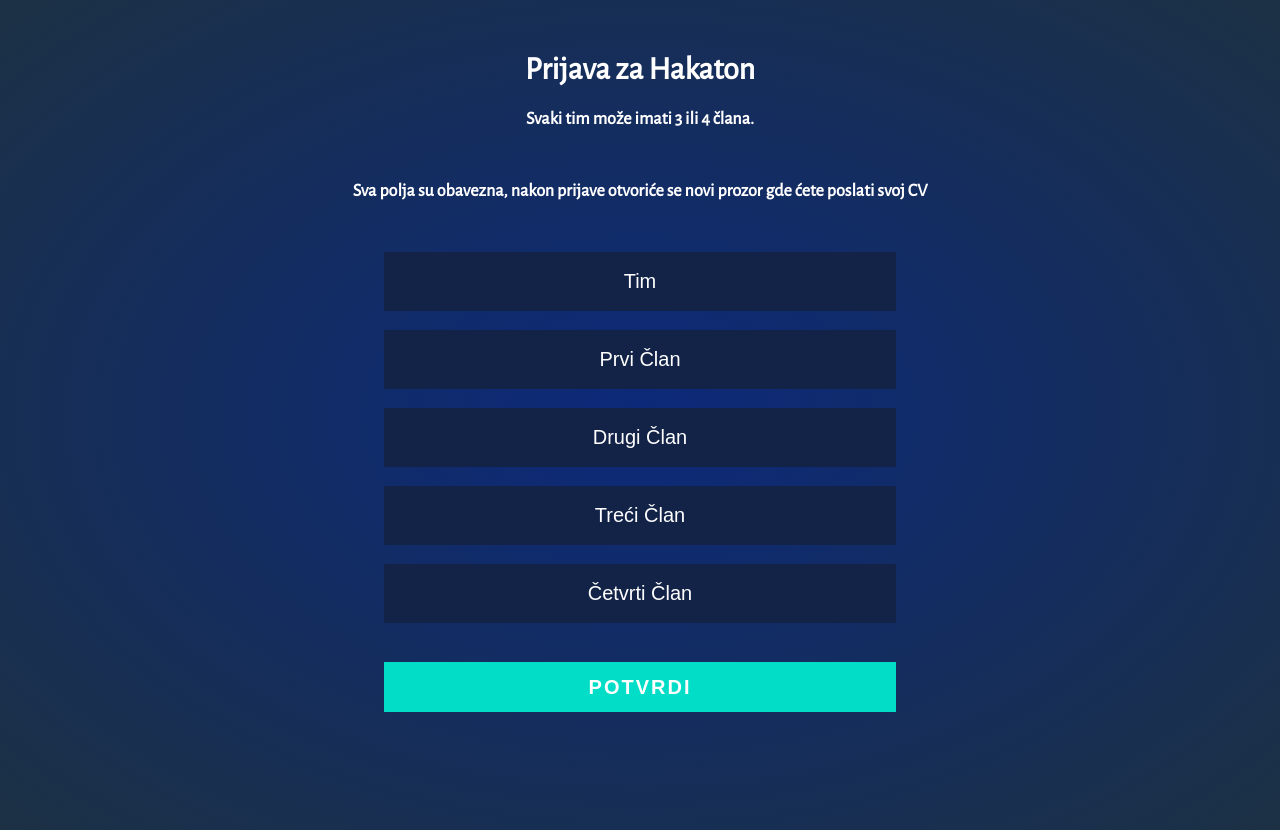
Repository: MilenaPetrovic/fonhakaton2019
Page: prijava/PrijaveHakaton.html
These files come from the project's save history. The page is drawn as it stood at one moment and after the next save; the edit follows.
The browser window is 1280 px wide. The pictures show the whole page.
Some web libraries are served in a nearby version.

Above is the page before, as saved 2019-02-19 17:09:06.

### prijava/PrijaveHakaton.html
<!DOCTYPE html>
<html lang="en">
<head>
    <meta charset="UTF-8">
    <meta name="viewport" content="width=device-width, initial-scale=1.0">
    <meta http-equiv="X-UA-Compatible" content="ie=edge">
    <link rel="stylesheet" href="Prijave.css">
    <link href="https://fonts.googleapis.com/css?family=Alegreya+Sans" rel="stylesheet">
    <title>Prijava</title>
</head>
<body>

<h1>Prijava za Hakaton</h1>
<h3>Svaki tim može imati 3 ili 4 člana.</h3>
<h3>Sva polja su obavezna, nakon prijave otvoriće se novi prozor gde ćete poslati svoj CV</h3>

<form name="submit-to-google-sheet">
    <button type="button" class="collapsible">Tim</button>
    <div class="content">
        <div class="forma">
            <h2>Naziv tima:</h2>
            <input id="tim" name="naziv-tima" type="text" class="form-control" >
            <h2>Kako ste saznali za FON Hakaton?</h2>
            <textarea id="saznali" name="kako-ste-saznali" class="form-control" rows="3"></textarea>
            <h2>Da li ste učestvovali na sličnim takmičenjima? Ukoliko jeste, navedite na kojim i ukratko opišite iskustvo.</h2>
            <textarea id="iskustvo" name="iskustvo" class="form-control" rows="3"></textarea>
            <h2>Zašto ste se prijavili za FON Hakaton?</h2>
            <textarea id="motivacija" name="zasto-ste-se-prijavili" class="form-control" rows="4" ></textarea>
            <h2>Navedite ključnu prednost i manu tima:</h2>
            <textarea id="prednostimane" name="prednost-mana" class="form-control" rows="3" ></textarea>
        </div>
    </div><br><br>

    <button type="button" class="collapsible">Prvi Član</button>
    <div class="content">
        <div class="forma">
            <h2>Ime i prezime</h2>
            <input id="name" name="ime-prezime1" type="text" class="form-control" >
            <h2>E-mail</h2>
            <input id="email1" name="email1" type="text" class="form-control" >
            <h2>Telefon</h2>
            <input name="telefon1" type="tel" class="form-control" >
            <h2>Fakultet/Srednja škola</h2>
            <input name="faks/skola1" type="text" class="form-control" >
            <h2>Godina studija/razred</h2>
            <input name="godina1" type="number" class="form-control" >
        </div>
    </div><br><br>

    <button type="button" class="collapsible">Drugi Član</button>
    <div class="content">
        <div class="forma">
            <h2>Ime i prezime</h2>
            <input name="ime-prezime2" type="text" class="form-control" >
            <h2>E-mail</h2>
            <input id="email2" name="email2" type="text" class="form-control" >
            <h2>Telefon</h2>
            <input name="telefon2" type="tel" class="form-control" >
            <h2>Fakultet/Srednja škola</h2>
            <input name="faks/skola2" type="text" class="form-control" >
            <h2>Godina studija/razred</h2>
            <input name="godina2" type="number" class="form-control" >
        </div>
    </div><br><br>

    <button type="button" class="collapsible">Treći Član</button>
    <div class="content">
        <div class="forma">
            <h2>Ime i prezime</h2>
            <input name="ime-prezime3" type="text" class="form-control" >
            <h2>E-mail</h2>
            <input id="email3" name="email3" type="email" class="form-control" >
            <h2>Telefon</h2>
            <input name="telefon3" type="tel" class="form-control" >
            <h2>Fakultet/Srednja škola</h2>
            <input name="faks/skola3" type="text" class="form-control" >
            <h2>Godina studija/razred</h2>
            <input name="godina3" type="number" class="form-control" >
        </div>
    </div><br><br>

    <button type="button" class="collapsible">Četvrti Član</button>
    <div class="content">
        <div class="forma">
            <h2>Ime i prezime</h2>
            <input name="ime-prezime4" type="text" class="form-control" >
            <h2>E-mail</h2>
            <input id="email4" name="email4" type="text" class="form-control" >
            <h2>Telefon</h2>
            <input name="telefon4" type="tel" class="form-control" >
            <h2>Fakultet/Srednja škola</h2>
            <input name="faks/skola4" type="text" class="form-control" >
            <h2>Godina studija/razred</h2>
            <input name="godina4" type="number" class="form-control" >
        </div>
    </div><br><br>

    <button id="dugme" type="submit" class="form-control submit" onclick="prijava();">POTVRDI</button>
    <h1 id="potvrda"></h1>
    <br><br>

</form>
<script src="https://code.jquery.com/jquery-2.1.1.min.js"></script>
<script src="PrijaveHakaton.js"></script>
<script>

function potvrda(){
    const scriptURL = 'https://script.google.com/macros/s/AKfycbxgH_Xq8de0HcJXcIGQgc8PqAEDzfhfFnNWLrZrLLU_c_zkAV9A/exec'
	const form = document.forms['submit-to-google-sheet']
	form.addEventListener("submit", e => {
		e.preventDefault()
		fetch(scriptURL, { method: 'POST', body: new FormData(form) })
			.then(response => console.log('Success!', response))
			.catch(error => console.error('Error!', error.message))
	})
}

function prijava(){
    if(document.getElementById("email1").value != '' &&
       document.getElementById("email2").value != '' &&
       document.getElementById("email3").value != '' &&
       document.getElementById("ime-prezime1").value != '' &&
       document.getElementById("ime-prezime2").value != '' &&
       document.getElementById("ime-prezime3").value != '' &&
       document.getElementById("telefon1").value != '' &&
       document.getElementById("telefon2").value != '' &&
       document.getElementById("telefon3").value != '' &&
       document.getElementById("faks/skola1").value != '' &&
       document.getElementById("faks/skola2").value != '' &&
       document.getElementById("faks/skola3").value != '' &&
       document.getElementById("godina1").value != '' &&
       document.getElementById("godina2").value != '' &&
       document.getElementById("godina3").value != '' &&
       document.getElementById("tim").value != '' &&
       document.getElementById("saznali").value != '' &&
       document.getElementById("iskustvo").value != '' &&
       document.getElementById("motivacija").value != '' &&
       document.getElementById("prednostimane").value != ''){
        potvrda();
        document.getElementById("potvrda").innerHTML ="Uspešno ste se prijavili";
        window.open('https://driveuploader.com/upload/37qMAd4w9h/');
        document.getElementById('dugme').style.display = 'none'
    } else{
        event.preventDefault();
        alert('Popunite sva polja');
    }
}

</script>

</body>
</html>

### prijava/Prijave.css
body{
    margin: 0;
    padding: 0;
    text-align: center;
    background-size: cover;
    background-position: center;
    font-family: 'Alegreya Sans', sans-serif;

    background-image: url(/img/Pozadina-12-12.jpg);
    background-repeat: no-repeat;

    background:
    radial-gradient(
        #0C297A,
        #1C3144
    );
}

textarea {
    resize: none;
    padding-left: 10px;
    padding-right: 10px;
    font-family: 'Alegreya Sans', sans-serif;
}

h1{
    margin-bottom: 20px;
    margin-top: 50px;
    color: #fff;
}

.form-control
{
    width: 600px;
    background: #02ddc74b;
    outline: none;
    border: 1px solid #02ddc8;
    color: #fff;
    font-size: 18px;
}

input
{
    height: 40px;
    padding-left: 10px;
    padding-right: 10px;
}

form .submit
{
    background: #02ddc8;
    border-color: transparent;
    color: #fff;
    font-size: 20px;
    font-weight: bold;
    letter-spacing: 2px;
    height: 50px;
    width: 40%;
    margin-top: 20px;
    margin-bottom: 30px;
}

form .submit:hover
{
    background-color: #01a595;
    cursor: pointer;
    transition: 0.2s;
}

h2 {
    font-size: 20px;
    color: #fff;
}

h3 {
    font-size: 18px;
    color: #fff;
    margin-bottom: 50px;
    margin-left: 20px;
    margin-right: 20px;
}

::placeholder {
    color: #02ddc8;
    font-family: 'Alegreya Sans', sans-serif;
}

.forma {
    width: 625px;
    text-align: left;
    margin: auto;
}

.cv {
    display: inline-block;
    padding: 6px 12px;
    cursor: pointer;
    background: #02ddc74b;
    outline: none;
    border: 1px solid #02ddc8;
    color: #fff;
    font-size: 18px;
}

.collapsible {
    background-color: #132348;
    color: white;
    cursor: pointer;
    padding: 18px;
    width: 40%;
    border: none;
    outline: none;
    font-size: 20px;
  }

.active, .collapsible:hover {
    background-color: #02ddc8;
    transition: 0.3s;
}

.content {
padding: 0 18px;
display: none;
overflow: hidden;
}

@media (max-width: 650px){

.content{
    width: 300px;
    padding: 0%;
    margin: auto;
}

h1{
    font-size: 25px;
}

h2{
    width: 300px;
    font-size: 17px;
}

.form-control, input{
    width: 285px;
    font-size: 15px;
    height: 30px;
    padding: 5px;
}

.collapsible, .submit {
    width: 300px;
    font-size: 17px;
    padding: 10px;;
}

h3{
    font-size: 15px;
}

}

### prijava/PrijaveHakaton.js
$(function () {
	//COLLAPSIBLE

	var coll = document.getElementsByClassName("collapsible");
	var i;
	var l;

	for (i = 0; i < coll.length; i++) {
		coll[i].addEventListener("click", function() {
		this.classList.toggle("active");
		var content = this.nextElementSibling;
		if (content.style.display === "block") {
			content.style.display = "none";
		} else {
			for (l =0 ; l < coll.length; l++){
				var cont = coll[l].nextElementSibling;
				cont.style.display = 'none'
			}
			content.style.display = "block";
		}
		});
	}

});

After the next save:
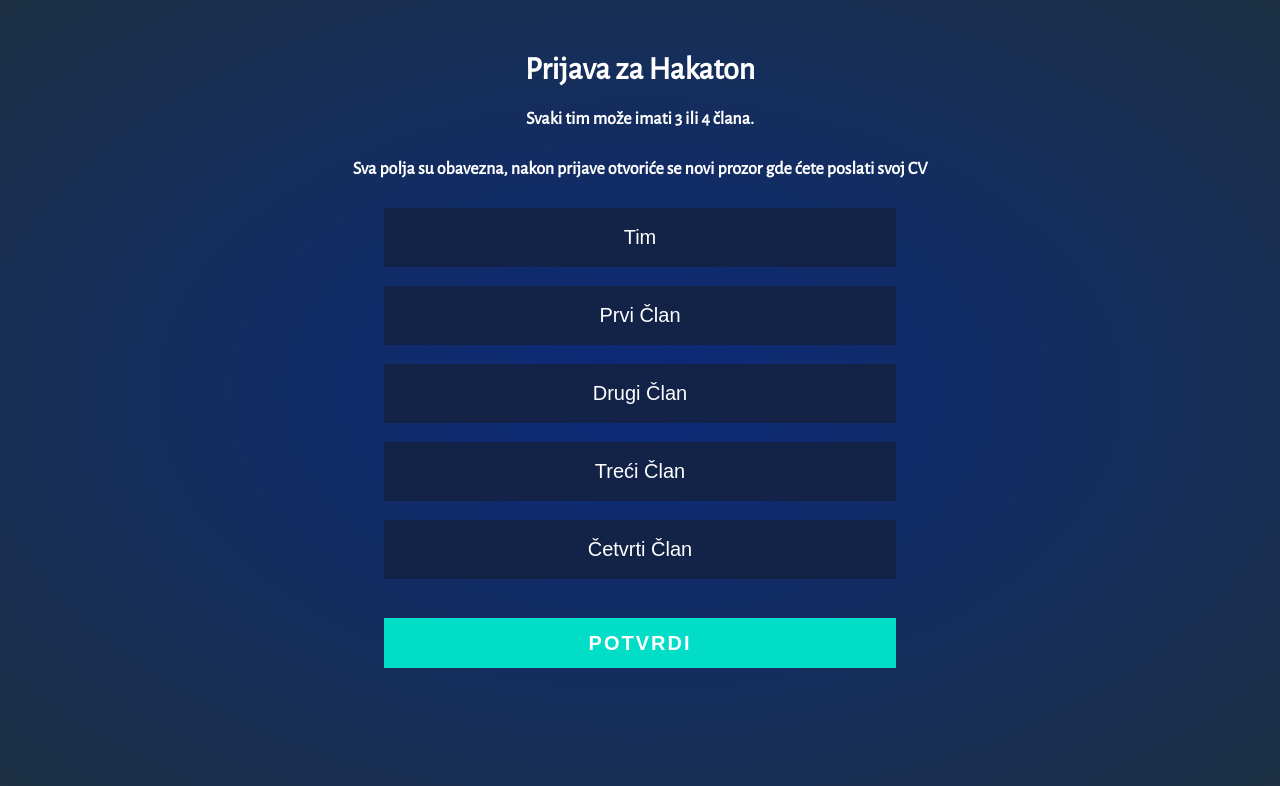
Saved 14 s later.
--- a/prijava/Prijave.css
+++ b/prijava/Prijave.css
@@ -78,6 +78,7 @@ h3 {
     margin-bottom: 50px;
     margin-left: 20px;
     margin-right: 20px;
+    height: 0px;
 }
 
 ::placeholder {
